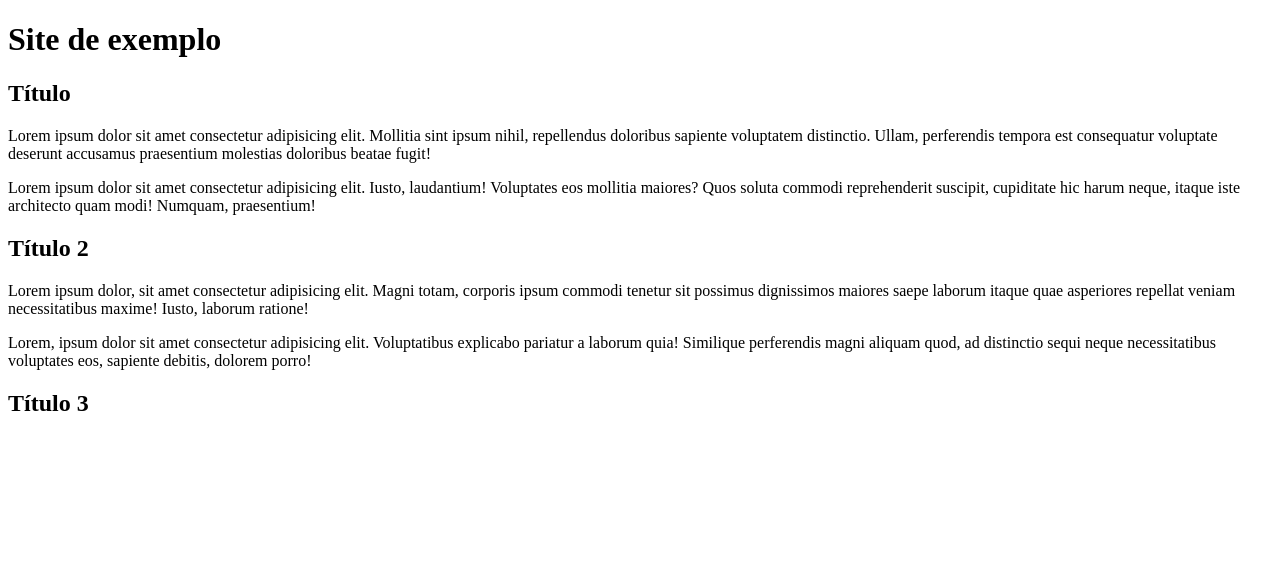
Repository: pheonix5/Estudo
Page: html-css/exercicios/ex016/cor03.html
These files come from the project's save history. The page is drawn as it stood at one moment and after the next save; the edit follows.
The browser window is 1280 px wide. The pictures show the whole page.

Above is the page before, as saved 2023-08-10 21:45:31.

After the next save:
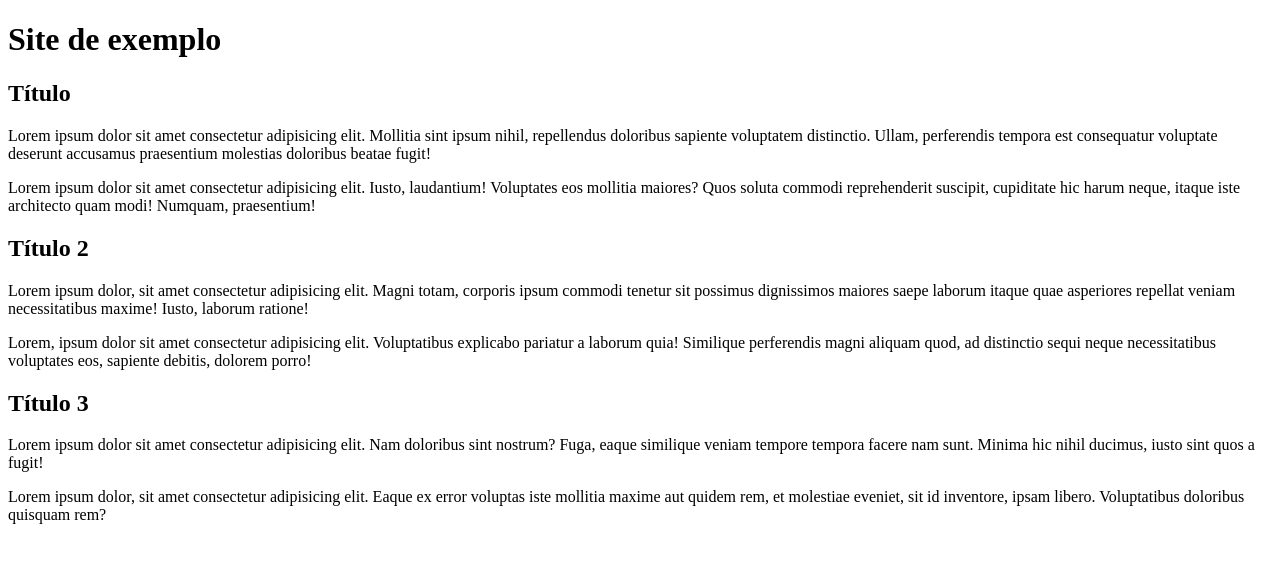
Saved 6 s later.
--- a/html-css/exercicios/ex016/cor03.html
+++ b/html-css/exercicios/ex016/cor03.html
@@ -17,6 +17,8 @@
     <p>Lorem ipsum dolor, sit amet consectetur adipisicing elit. Magni totam, corporis ipsum commodi tenetur sit possimus dignissimos maiores saepe laborum itaque quae asperiores repellat veniam necessitatibus maxime! Iusto, laborum ratione!</p>
     <p>Lorem, ipsum dolor sit amet consectetur adipisicing elit. Voluptatibus explicabo pariatur a laborum quia! Similique perferendis magni aliquam quod, ad distinctio sequi neque necessitatibus voluptates eos, sapiente debitis, dolorem porro!</p>
     <h2>Título 3</h2>
+    <p>Lorem ipsum dolor sit amet consectetur adipisicing elit. Nam doloribus sint nostrum? Fuga, eaque similique veniam tempore tempora facere nam sunt. Minima hic nihil ducimus, iusto sint quos a fugit!</p>
+    <p>Lorem ipsum dolor, sit amet consectetur adipisicing elit. Eaque ex error voluptas iste mollitia maxime aut quidem rem, et molestiae eveniet, sit id inventore, ipsam libero. Voluptatibus doloribus quisquam rem?</p>
   </main>
 </body>
 </html>
